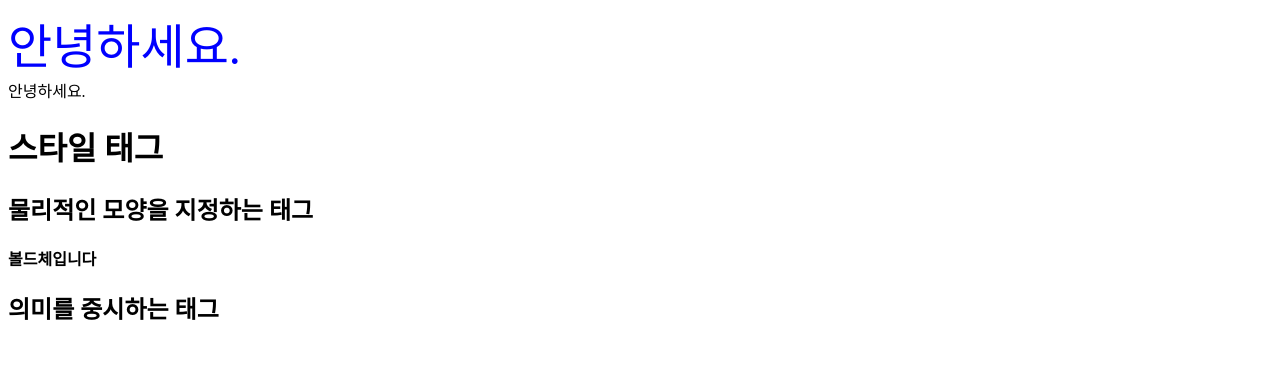
Repository: sujin9335/Front-end
Page: ClientTest/src/main/webapp/html/ex09_style.html
An editor plug-in stored every save of this project. The page is shown before and after the next save, followed by the edit.
The browser window is 1280 px wide. The pictures show the whole page.

Above is the page before, as saved 2023-09-20 01:36:30.

After the next save:
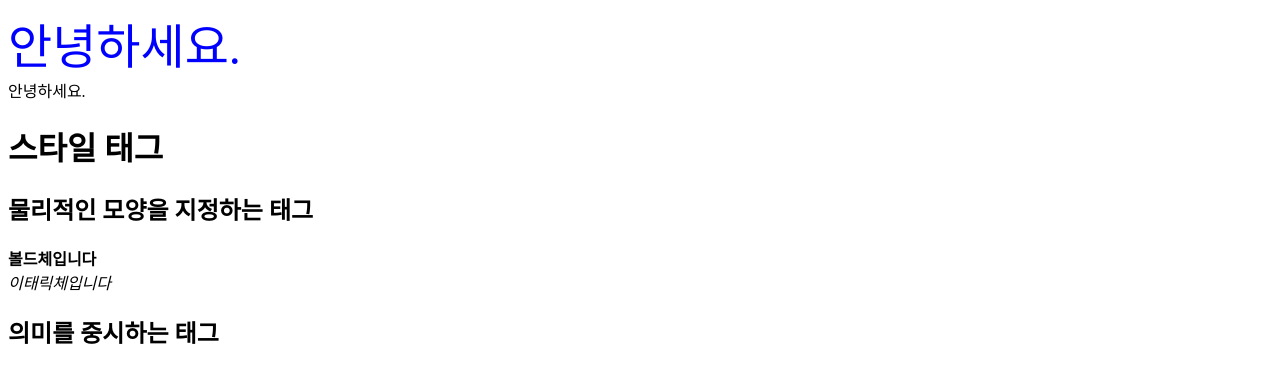
Saved 18 s later.
--- a/ClientTest/src/main/webapp/html/ex09_style.html
+++ b/ClientTest/src/main/webapp/html/ex09_style.html
@@ -23,6 +23,7 @@
 	<h2>물리적인 모양을 지정하는 태그</h2>
 
 	<b>볼드체입니다</b><br>
+	<i>이태릭체입니다</i><br>
 
 	<h2>의미를 중시하는 태그</h2>
 
